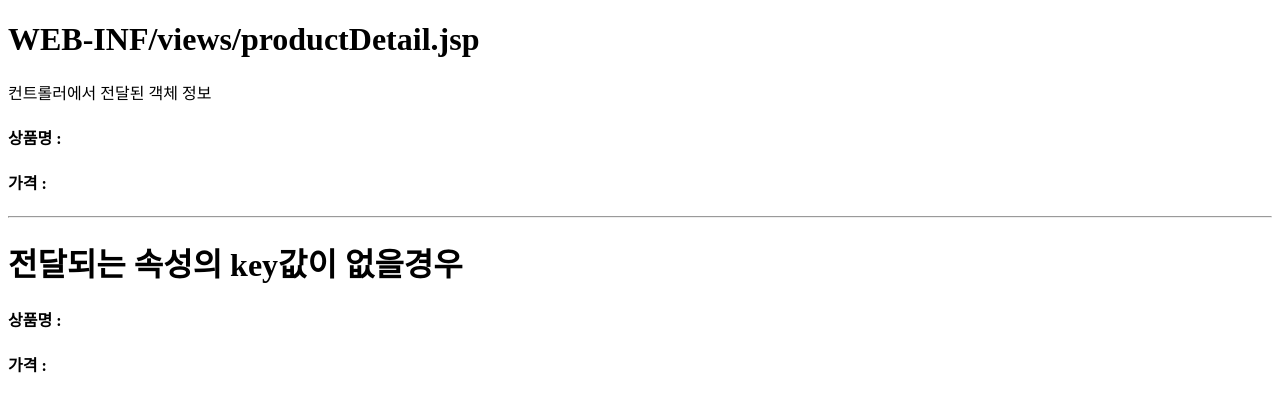
Repository: rnrudxo2872/spring_study
Page: http://localhost/SpringTest/WEB-INF/views/productDetail.jsp
The author's editor kept a copy of each file at every save. The page is drawn from the files as they stood at one save, then again after the next save.
The browser window is 1280 px wide. The pictures show the whole page.
The page is served by Tomcat 9. Nobody is signed in. The template is opened directly, without the code that normally fills it, so the values that code supplies are empty.

Above is the page before, as saved 2021-06-24 01:59:51.

After the next save:
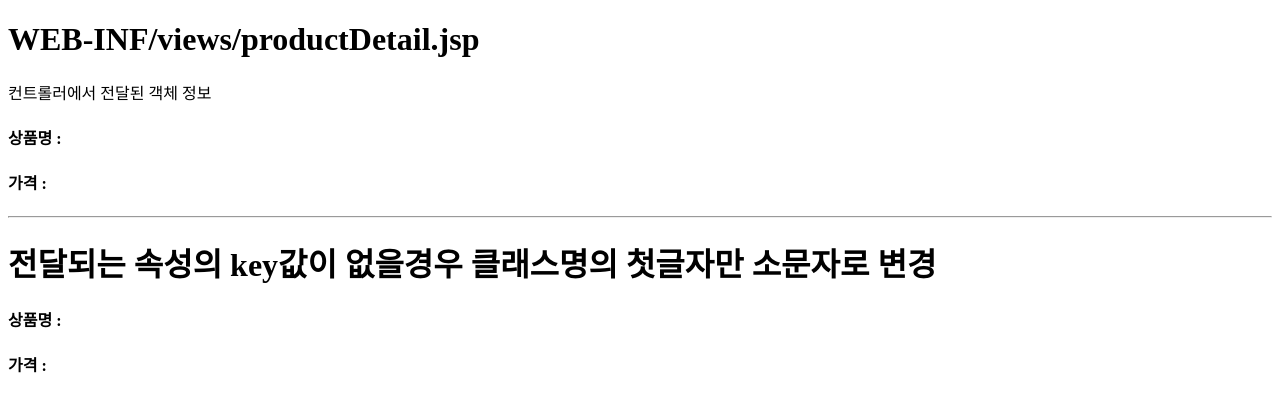
Saved 8 s later.
--- a/SpringTest/src/main/webapp/WEB-INF/views/productDetail.jsp
+++ b/SpringTest/src/main/webapp/WEB-INF/views/productDetail.jsp
@@ -16,7 +16,7 @@
 
 <hr>
 
-<h1>전달되는 속성의 key값이 없을경우</h1>
+<h1>전달되는 속성의 key값이 없을경우 클래스명의 첫글자만 소문자로 변경</h1>
 
 <h2>${productVO }</h2>
 <h4>상품명 : ${productVO.name }</h4>
